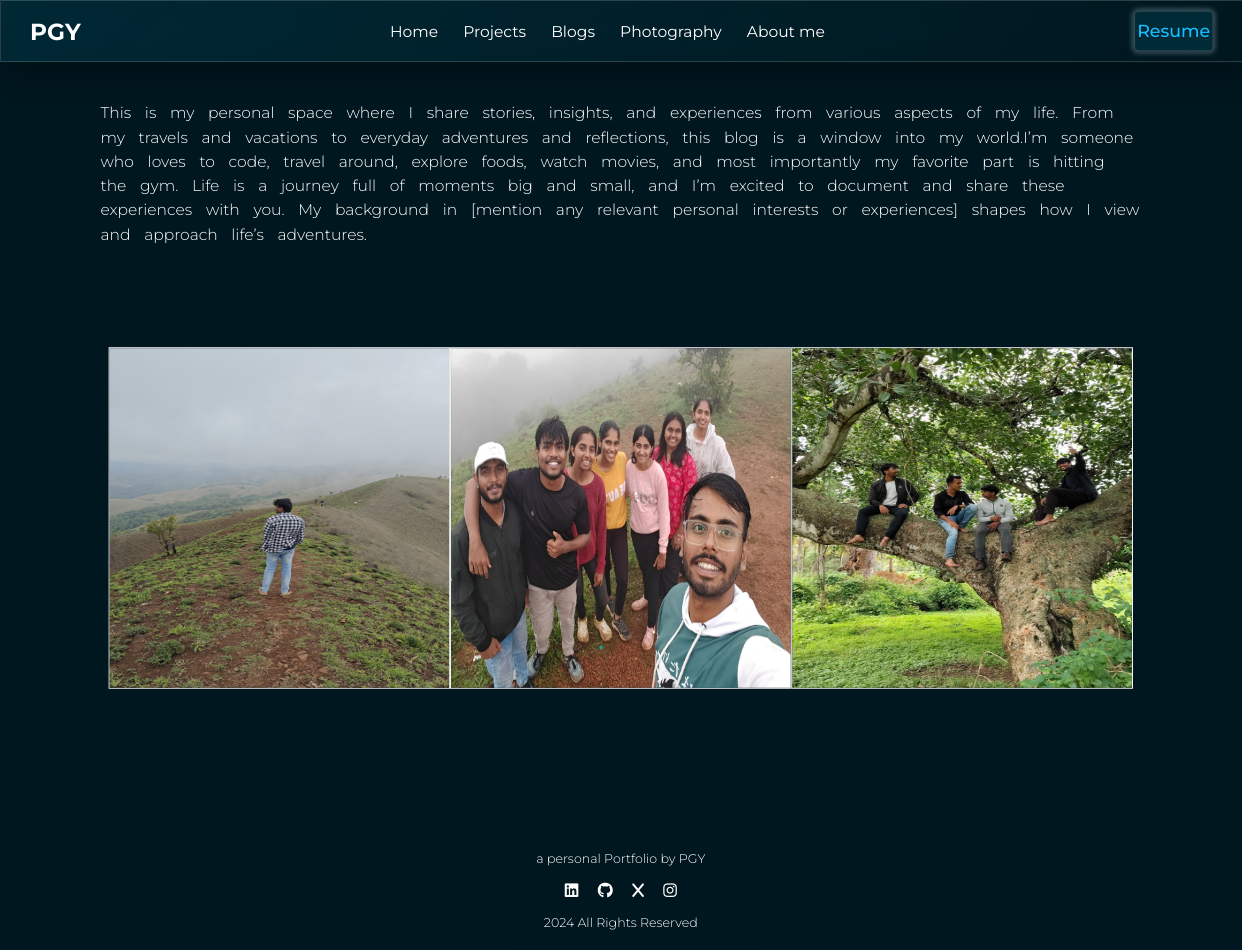
Repository: pgyunknown/pgyunknown
Page: personal_blog.html
An editor plug-in stored every save of this project. The page is shown before and after the next save, followed by the edit.
The browser window is 1280 px wide. The pictures show the whole page, at 97% of full size.
Some web libraries are served in a nearby version.

Above is the page before, as saved 2024-08-16 19:20:05.

After the next save:
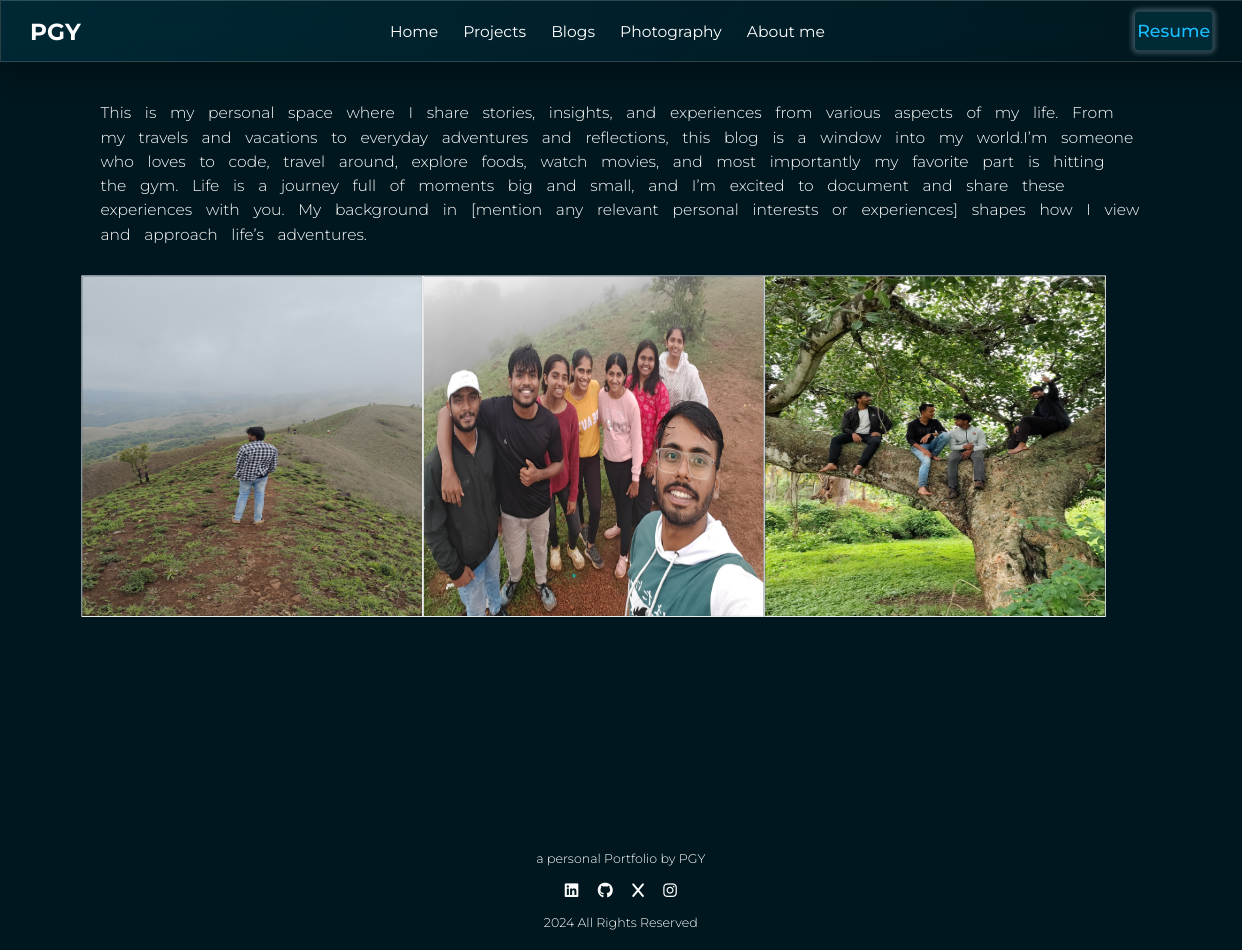
Saved 7 s later.
--- a/personal_blog.css
+++ b/personal_blog.css
@@ -136,9 +136,9 @@ main .contianer{
     width: 100%;
     padding: 10px;
     display: flex;
-    flex-direction: row;
+    /* flex-direction: row;
     justify-content: center;
-    align-items: center;
+    align-items: center; */
 }
 
 main .contianer img{

After the save that followed:
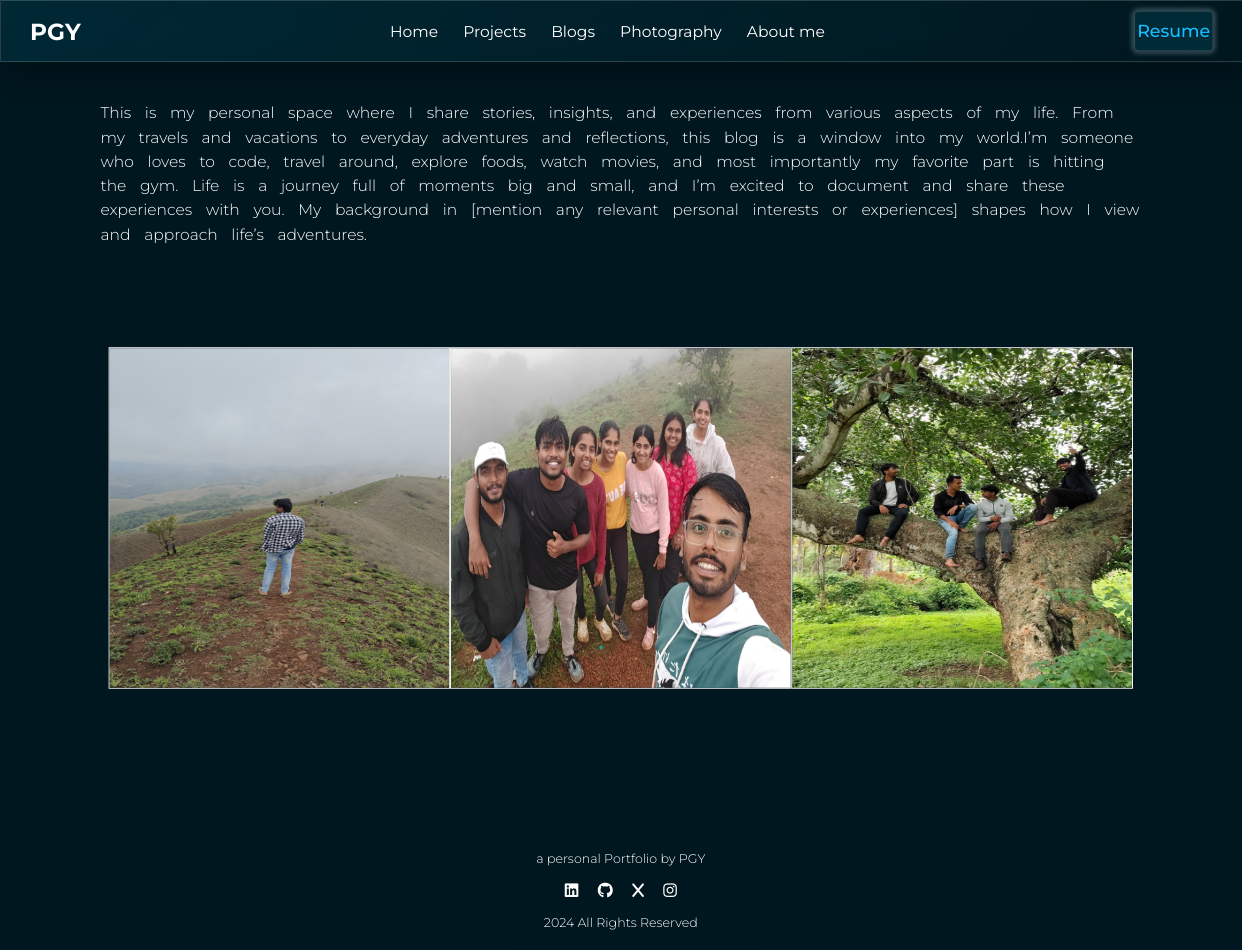
Saved 6 s later.
--- a/personal_blog.css
+++ b/personal_blog.css
@@ -136,9 +136,9 @@ main .contianer{
     width: 100%;
     padding: 10px;
     display: flex;
-    /* flex-direction: row;
+    flex-direction: row;
     justify-content: center;
-    align-items: center; */
+    align-items: center;
 }
 
 main .contianer img{
